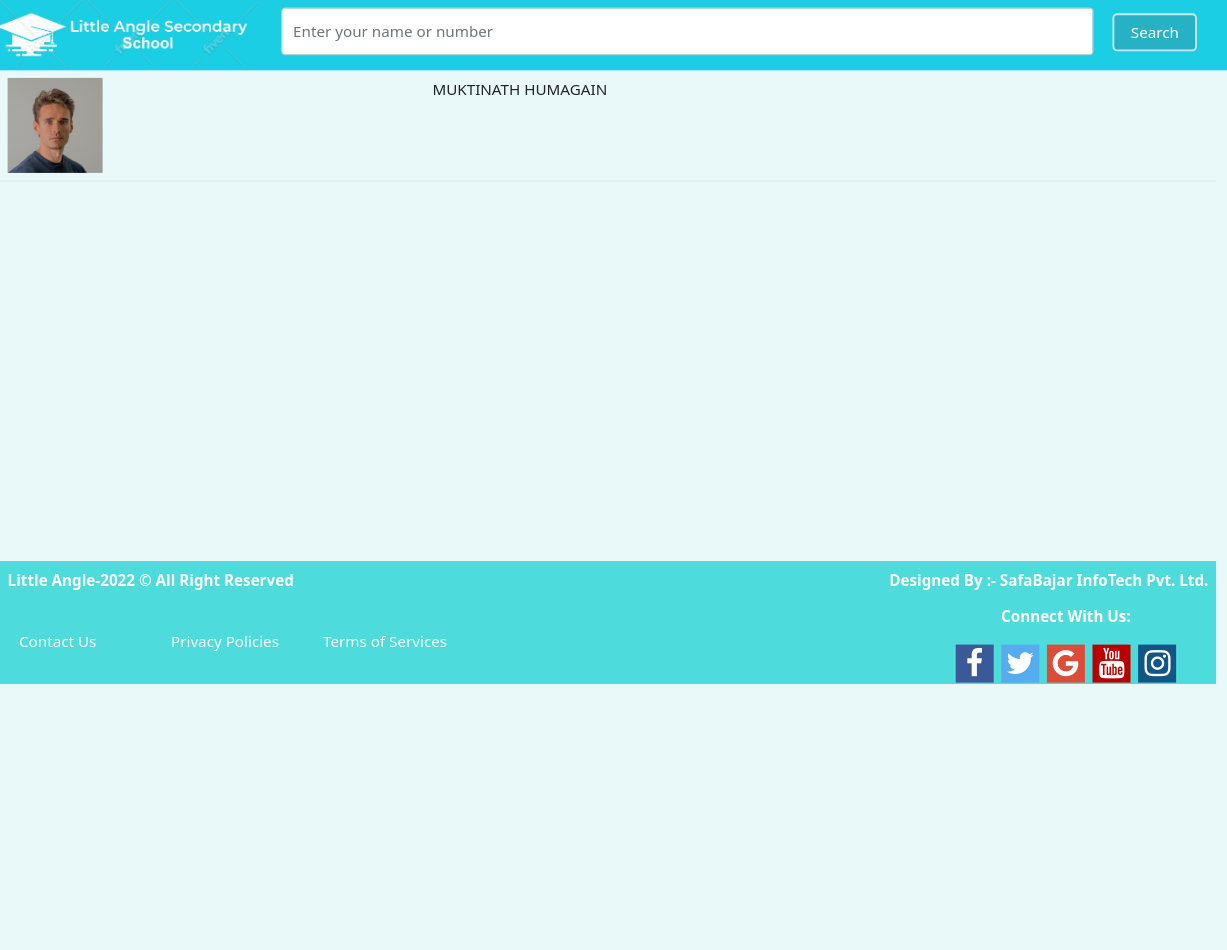
Repository: Sjuicyy/School-Project
Page: profilesview.html
The author's editor kept a copy of each file at every save. The page is drawn from the files as they stood at one save, then again after a run of saves.
The browser window is 1280 px wide. The page is 1292 px wide, so the pictures cover 1292 px, including what lies to the right of the window. The pictures show the whole page, at 95% of full size.

Above is the page before, as saved 2022-09-22 11:31:55.

### profilesview.html
<!doctype html>
<html lang="en">

<head>
    <!-- Required meta tags -->
    <meta charset="utf-8">
    <meta name="viewport" content="width=device-width, initial-scale=1">

    <!-- Bootstrap CSS -->
    <link href="https://cdn.jsdelivr.net/npm/bootstrap@5.0.2/dist/css/bootstrap.min.css" rel="stylesheet"
        integrity="sha384-EVSTQN3/azprG1Anm3QDgpJLIm9Nao0Yz1ztcQTwFspd3yD65VohhpuuCOmLASjC" crossorigin="anonymous">

    <link rel="stylesheet" href="https://cdnjs.cloudflare.com/ajax/libs/font-awesome/4.7.0/css/font-awesome.min.css">


    <style>
        body {
            height: 1000px;
        }

        .navcol {
            background-color: rgb(28, 206, 228);
        }

        .row0 div {
            width: auto;
            display: flex;
        }

        .img {
            height: 70px;
            width: 100%;
        }

        .form-control {
            height: 50px;
        }


        .btn1 {
            background-color: rgb(38, 178, 196);
            color: white;
            height: 40px;
            width: 100px;
            margin: 20px;
            margin-top: 14px;
            border: 2px solid rgba(255, 255, 255, 0.715);
            border-radius: 5px;
        }

        .btn1:hover {
            background-color: rgba(0, 225, 255, 0);
            border: 2px solid white;
            outline: none;
        }

        .btn1:active {
            color: rgba(255, 255, 255, 0.667);
            border: 2px solid rgba(255, 255, 255, 0.533);
        }

        .footer {
            background-color: rgb(77, 219, 219);
            position: fixed;
            width: 100%;
            overflow: AUTO;
            color: rgb(255, 255, 255);
            bottom: 0;
        }

        .footer::-webkit-scrollbar {
            display: none;
        }


        .fb {

            width: 160px
        }

        .fa1 {
            font-size: xx-large;
            padding: 4px;
            margin: 2px;
            width: 40px;
            text-decoration: none;
        }

        .fa-facebook {
            background: #3B5998;
            color: white;
        }

        .fa-twitter {
            background: #55ACEE;
            color: white;
        }

        .fa-google {
            background: #dd4b39;
            color: white;
        }

        .fa-youtube {
            background: #bb0000;
            color: white;
        }

        .fa-instagram {
            background: #125688;
            color: white;
        }

        .red {
            border: 1px solid rgb(219, 77, 77);
        }

        .green {
            border: 1px solid rgb(2, 183, 255);
        }

        .yello {
            border: 1px solid rgb(193, 255, 6);
        }

        .btn2 {
            background-color: rgb(77, 219, 219);
            width: 400px;
        }

        .color {
            color: rgb(28, 206, 228);
        }

        .a {
            text-decoration: none;
            color: rgb(77, 219, 219);
        }

        .loginopt {
            background-color: rgb(255, 255, 255);
            color: rgb(28, 206, 228);
            border: 2px solid;
            width: 43px;
            border-radius: 100px;
            margin: 10px;
        }

        .loginopt:hover {
            color: #0c91f7;
        }

        .btn2:hover {
            background-color: #2a8bd0;
        }
    </style>
    <title>Little Angle School</title>
</head>

<body style="background-color:#99e6e335 ;>
    <!-- heading start -->
    <div class=" container-fluid text-center">
    <div class="row row0 navcol">
        <div class="col-3">
            <a href="pages.html">
                <img class="img" src="./school.png" alt="">
            </a>
        </div>
        <div class="col">
            <input class="form-control mt-2 " type="search" placeholder="Enter your name or number "
                aria-label="Search">
            <button class="btn1" type="submit">Search</button>
            </form>
        </div>
    </div>
    </div>
    <!-- heading end -->



    <!-- profile view body  -->




    <!-- <div class="container mt-4 w-75" style="border: 3px solid #0c91f7;">
        <div class="m-1">


        <div class="row">
            <div class="col-auto  ">
                <img src=" ./profile pic.jpg" width="100px" alt="">
            </div>
            <div class="col " style="">
                <div class="row mt-3 m-auto">
                    <div class="col-auto m-auto w-50 "><b>Name: </b>Shyam Joshi</div>
                    <div class="col-auto m-auto w-50 "><b> Email: </b>Sjuicyy@gmail.com</div>
                </div>
                <div class="row mt-3 m-auto">
                    <div class="col-auto m-auto w-50 "><B>DoB: </B>2055/04/31</div>
                    <div class="col-auto m-auto w-50 "><b>Mobile</b>: +977-9867867202</div>
                </div>
            </div>
            <div class="col-auto " style="overflow:hidden; width:100px">
                <div class="col mt-3 ">
                    <div class="btn btn-primary btn-sm  w-100">view</div>
                </div>
                <div class="col  mt-2">
                    <div class="btn btn-primary btn-sm  w-100">Edit</div>
                </div>
            </div>
        </div>

    </div>
    </div> -->



    <!-- // profile view body  -->





    <!-- another responsive table start -->










    <div class="table-responsive text-nowrap">
        <table class="table table-hover">
            <tbody class="table-border-bottom-0">
                <tr class="text-nowrap">
                    <td>
                        <img src="./profile pic.jpg" width="100px" alt="">
                    </td>
                    <td>MUKTINATH HUMAGAIN</td>
                    <td>
                    </td>


                </tr>
            </tbody>
        </table>
    </div>
    <!-- another responsive table end -->








    <!-- footer start -->


    <div class="footer">
        <div class="row ">
            <div class="col mx-2 mt-2" style="text-align:left"> <b>Little Angle-2022 © All Right Reserved</b> </div>
            <div class="col mx-2 mt-2" style="text-align:right">
                <p> <b>Designed By :- SafaBajar InfoTech Pvt. Ltd.</b> </p>
            </div>
        </div>
        <div class="row mx-2">
            <div class="col-2  fb" style="text-align:left;margin-top:25px">Contact Us</div>
            <div class="col-2  fb" style="text-align:left;margin-top:25px">Privacy Policies</div>
            <div class="col-2  fb" style="text-align:left;margin-top:25px">Terms of Services</div>
            <div class="col  fb" style="text-align:left"></div>
            <div class="col-6 fb mt-2" style="text-align:center;width:300px">
                <p style="margin-top: -10px;"> <b>Connect With Us:</b> </p>
                <a href="https://www.facebook.com/search/top?q=safabazar%20private%20limited" class="fa fa1 fa-facebook"
                    style="text-align:center;margin-top:-10px"></a>
                <a href="#" class="fa fa1 fa-twitter"></a>
                <a href="#" class="fa fa1 fa-google"></a>
                <a href="#" class="fa fa1 fa-youtube"></a>
                <a href="#" class="fa fa1 fa-instagram"></a>
            </div>
        </div>

    </div>

    </div>

    </div>












    <!-- Optional JavaScript; choose one of the two! -->

    <!-- Option 1: Bootstrap Bundle with Popper -->
    <script src="https://cdn.jsdelivr.net/npm/bootstrap@5.0.2/dist/js/bootstrap.bundle.min.js"
        integrity="sha384-MrcW6ZMFYlzcLA8Nl+NtUVF0sA7MsXsP1UyJoMp4YLEuNSfAP+JcXn/tWtIaxVXM"
        crossorigin="anonymous"></script>

    <!-- Option 2: Separate Popper and Bootstrap JS -->
    <!--
    <script src="https://cdn.jsdelivr.net/npm/@popperjs/core@2.9.2/dist/umd/popper.min.js" integrity="sha384-IQsoLXl5PILFhosVNubq5LC7Qb9DXgDA9i+tQ8Zj3iwWAwPtgFTxbJ8NT4GN1R8p" crossorigin="anonymous"></script>
    <script src="https://cdn.jsdelivr.net/npm/bootstrap@5.0.2/dist/js/bootstrap.min.js" integrity="sha384-cVKIPhGWiC2Al4u+LWgxfKTRIcfu0JTxR+EQDz/bgldoEyl4H0zUF0QKbrJ0EcQF" crossorigin="anonymous"></script>
    -->
</body>

</html>

After the next 5 saves:
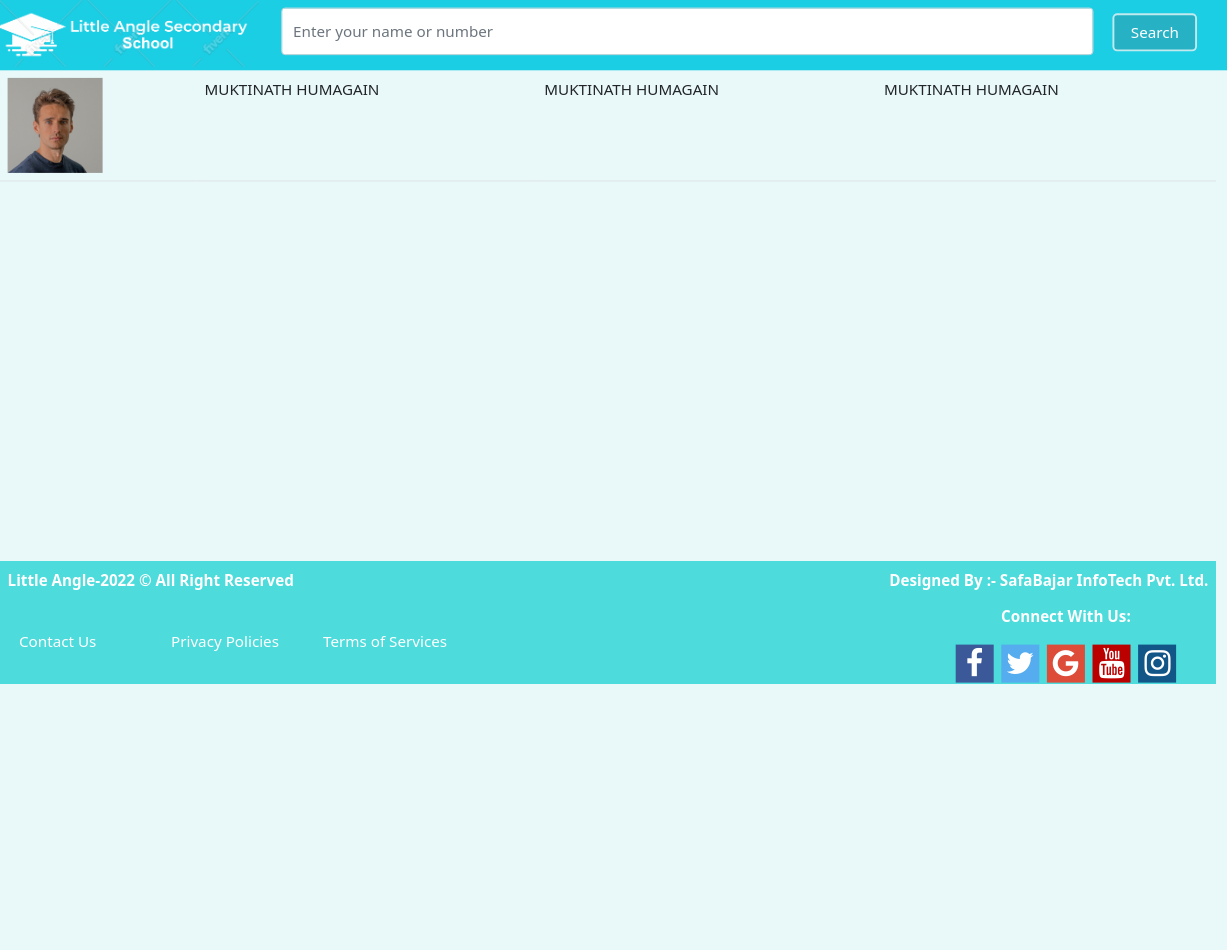
The 5 saves are shown as one change because they came seconds apart.
The last was saved 13 s later.
--- a/profilesview.html
+++ b/profilesview.html
@@ -241,8 +241,8 @@
                         <img src="./profile pic.jpg" width="100px" alt="">
                     </td>
                     <td>MUKTINATH HUMAGAIN</td>
-                    <td>
-                    </td>
+                    <td>MUKTINATH HUMAGAIN</td>
+                    <td>MUKTINATH HUMAGAIN</td>
 
 
                 </tr>
